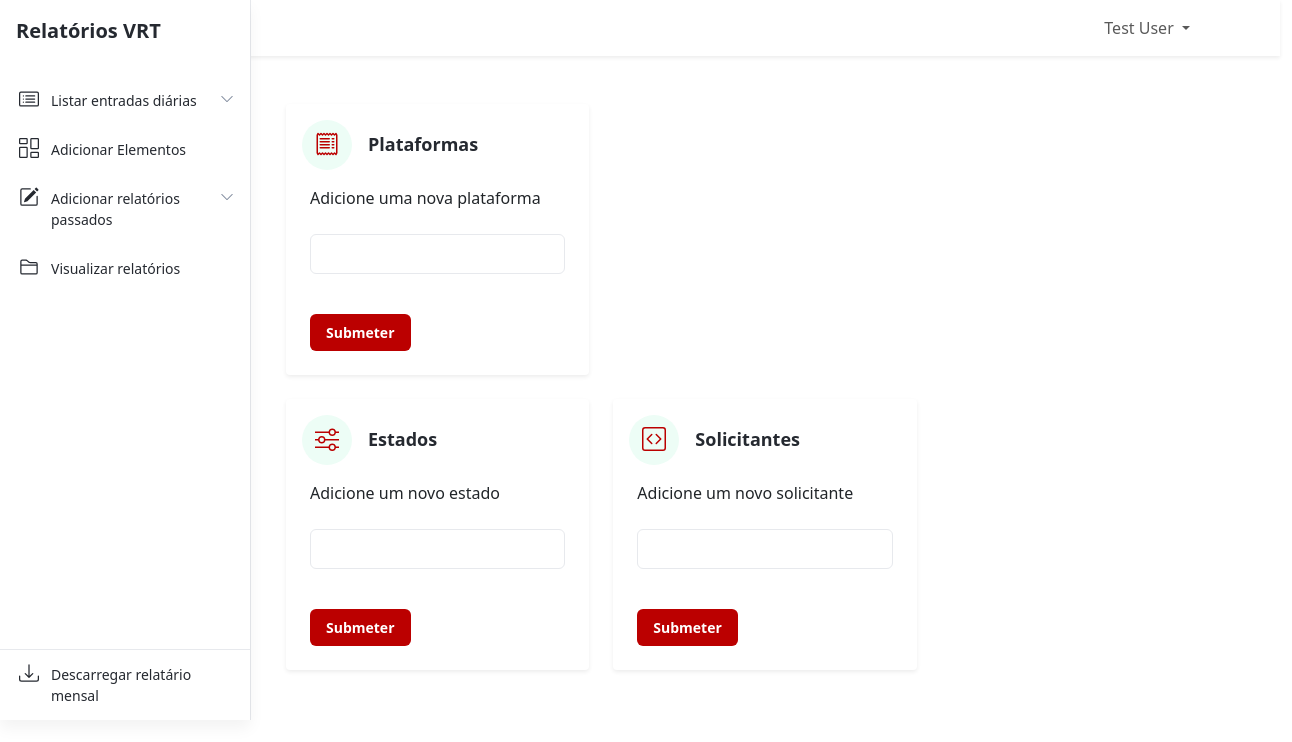
Repository: Yolanda-Marchone/Relatorios
Page: http://localhost/adicionar
An editor plug-in stored every save of this project. The page is shown before and after the next save, followed by the edit.
The browser window is 1280 px wide. The page is 1292 px wide, so the pictures cover 1292 px, including what lies to the right of the window. The pictures show the whole page.
The page is served by the project's Laravel application, run on PHP 8.4 with Laravel 10. A made-up administrator, Test User (test@example.com), is signed in. Style sheets and scripts are compiled from the project's sources, by tool versions that may differ from the author's.

Above is the page before, as saved 2024-05-23 11:20:20.

After the next save:
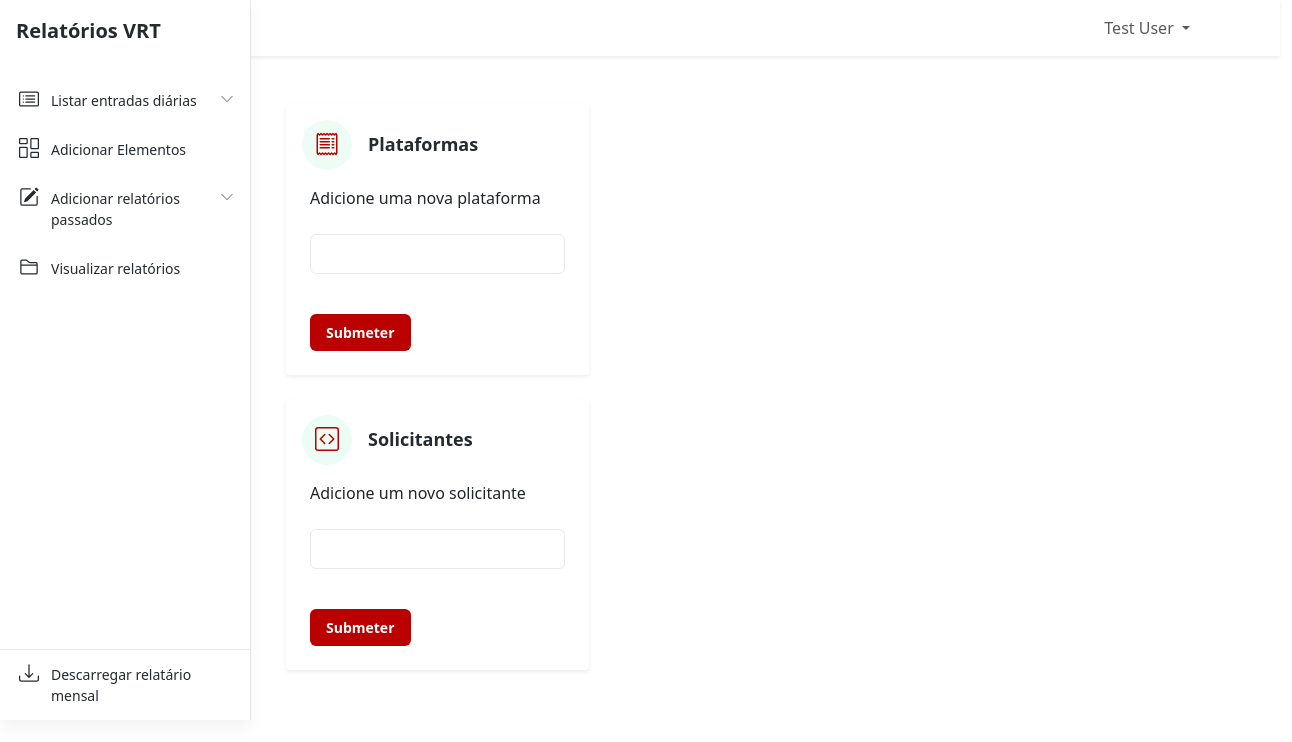
Saved 17 s later.
--- a/resources/views/layouts/adicionar.blade.php
+++ b/resources/views/layouts/adicionar.blade.php
@@ -58,41 +58,7 @@
 
 
                 <div class="row g-4 mb-4">
-				    <div class="col-12 col-lg-4">
-					    <div class="app-card app-card-basic d-flex flex-column align-items-start shadow-sm">
-						    <div class="app-card-header p-3 border-bottom-0">
-						        <div class="row align-items-center gx-3">
-							        <div class="col-auto">
-								        <div class="app-icon-holder">
-                                        <svg width="1em" height="1em" viewBox="0 0 16 16" class="bi bi-sliders" fill="currentColor" xmlns="http://www.w3.org/2000/svg">
-  <path fill-rule="evenodd" d="M11.5 2a1.5 1.5 0 1 0 0 3 1.5 1.5 0 0 0 0-3zM9.05 3a2.5 2.5 0 0 1 4.9 0H16v1h-2.05a2.5 2.5 0 0 1-4.9 0H0V3h9.05zM4.5 7a1.5 1.5 0 1 0 0 3 1.5 1.5 0 0 0 0-3zM2.05 8a2.5 2.5 0 0 1 4.9 0H16v1H6.95a2.5 2.5 0 0 1-4.9 0H0V8h2.05zm9.45 4a1.5 1.5 0 1 0 0 3 1.5 1.5 0 0 0 0-3zm-2.45 1a2.5 2.5 0 0 1 4.9 0H16v1h-2.05a2.5 2.5 0 0 1-4.9 0H0v-1h9.05z"/>
-</svg>
-									    </div><!--//icon-holder-->
 
-							        </div><!--//col-->
-							        <div class="col-auto">
-								        <h4 class="app-card-title">Estados</h4>
-							        </div><!--//col-->
-						        </div><!--//row-->
-						    </div><!--//app-card-header-->
-						    <div class="app-card-body px-4">
-
-<div class="intro">Adicione um novo estado</div>
-<div class="mb-3"  >
-<form class="settings-form" method="POST" action="/submeter_estado">
-        @csrf
-<label for="setting-input-1" class="form-label"></label>
-<input type="text" class="form-control" id="novo_estado" name="novo_estado" value="" required>
-
-</div>
-</div><!--//app-card-body-->
-
-<div class="app-card-footer p-4 mt-auto">
-<button type="submit" class="btn app-btn-primary" >Submeter</button>
-    </form>
-</div><!--//app-card-footer-->
-						</div><!--//app-card-->
-				    </div><!--//col-->
 
 
                     <div class="col-12 col-lg-4">
